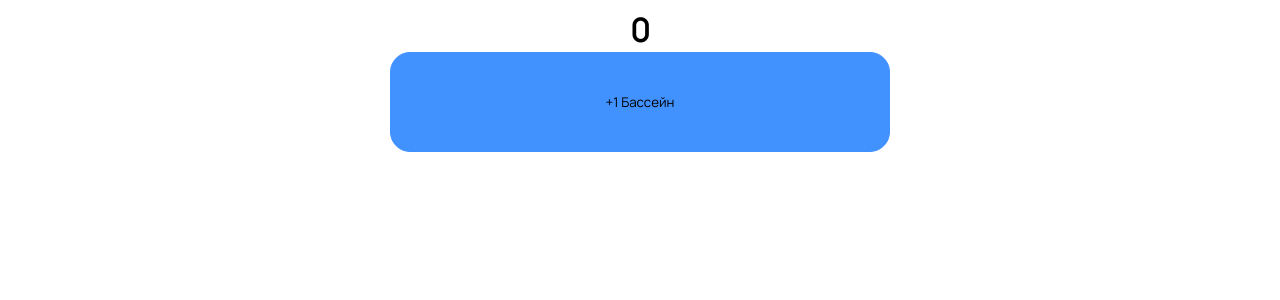
Repository: Huseynov98/js-practice
Page: index.html
These files come from the project's save history. The page is drawn as it stood at one moment and after the next save; the edit follows.
The browser window is 1280 px wide. The pictures show the whole page.

Above is the page before, as saved 2023-05-15 10:22:34.

After the next save:
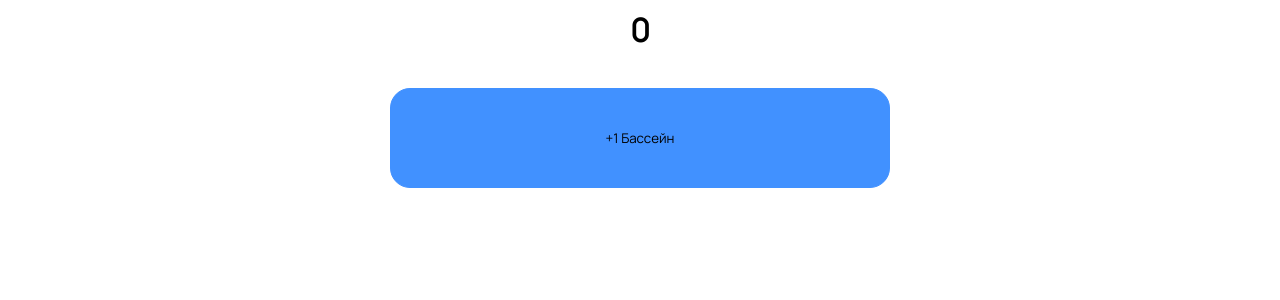
Saved 20 s later.
--- a/CSS/index.css
+++ b/CSS/index.css
@@ -9,6 +9,7 @@ body {
   align-items: center;
   justify-content: center;
   flex-direction: column;
+  gap: 36px;
 }
 .counter__addButton {
   font-family: "Manrope", sans-serif;
